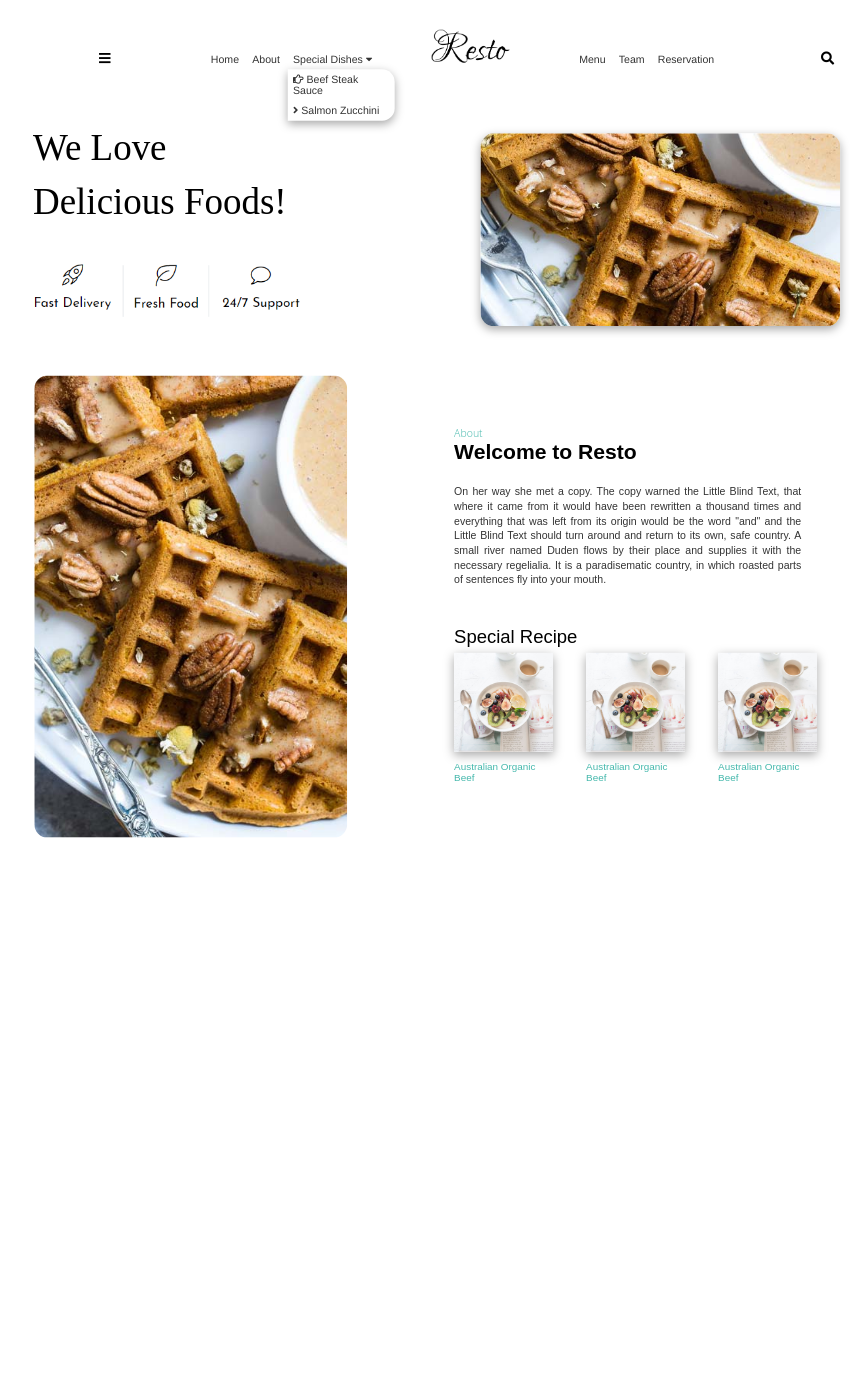
Repository: nguyenanhtuanHDU/myrestaurant
Page: index.html
An editor plug-in stored every save of this project. The page is shown before and after a run of saves, followed by the edit.
The browser window is 1280 px wide. The page is 1288 px wide, so the pictures cover 1288 px, including what lies to the right of the window. The pictures show the whole page, at 66% of full size.

Above is the page before, as saved 2022-02-07 09:04:30.

After the next 2 saves:
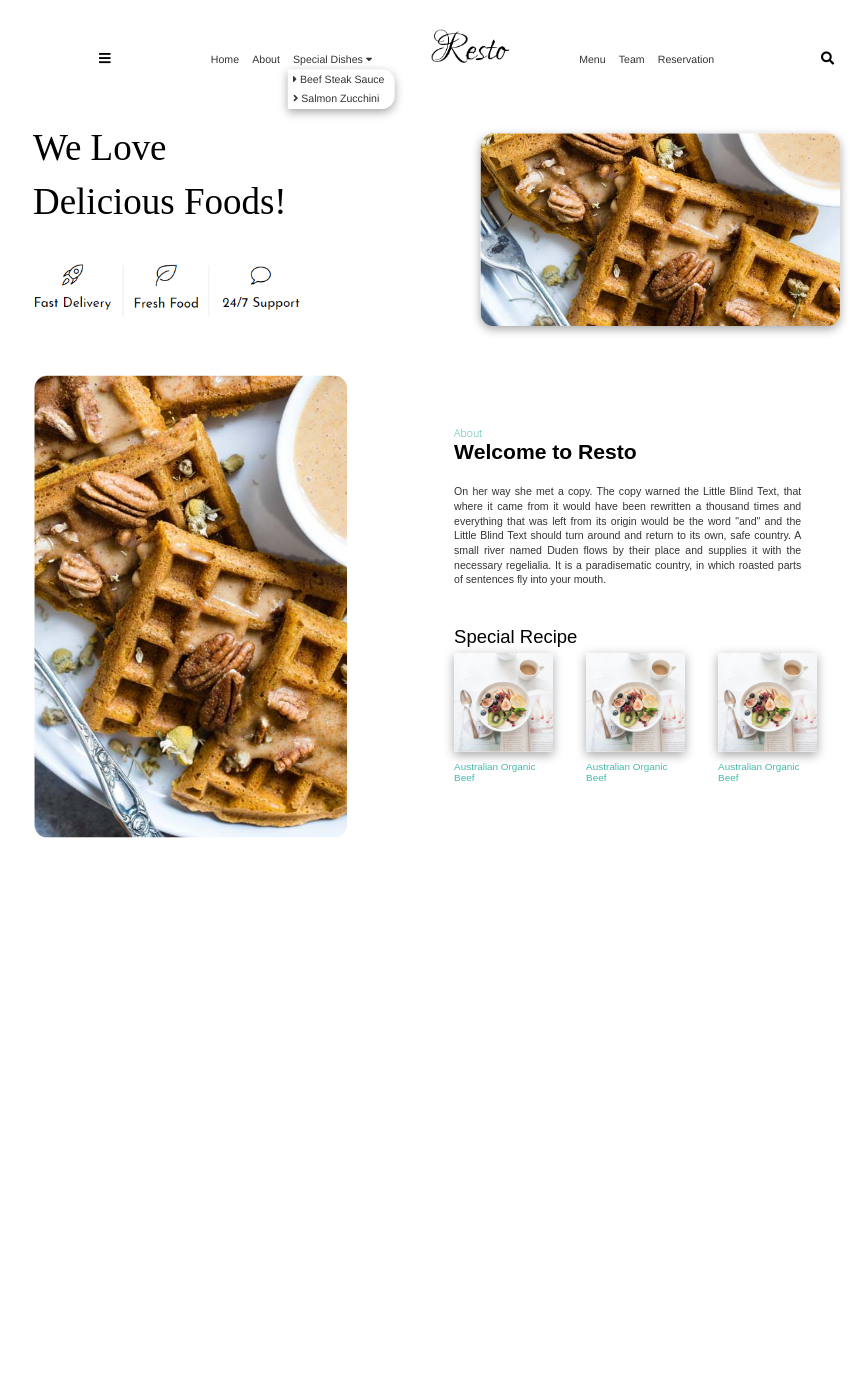
The 2 saves are shown as one change because they came seconds apart.
The last was saved 49 s later.
--- a/index.html
+++ b/index.html
@@ -27,7 +27,7 @@
                 </a>
                 <ul class="subnav_1">
                     <li><a href="">
-                        <i class="far fa-hand-point-right"></i>
+                        <i class="fas fa-caret-right"></i>
                         Beef Steak Sauce
                     </a></li>
                     <li><a href="">
